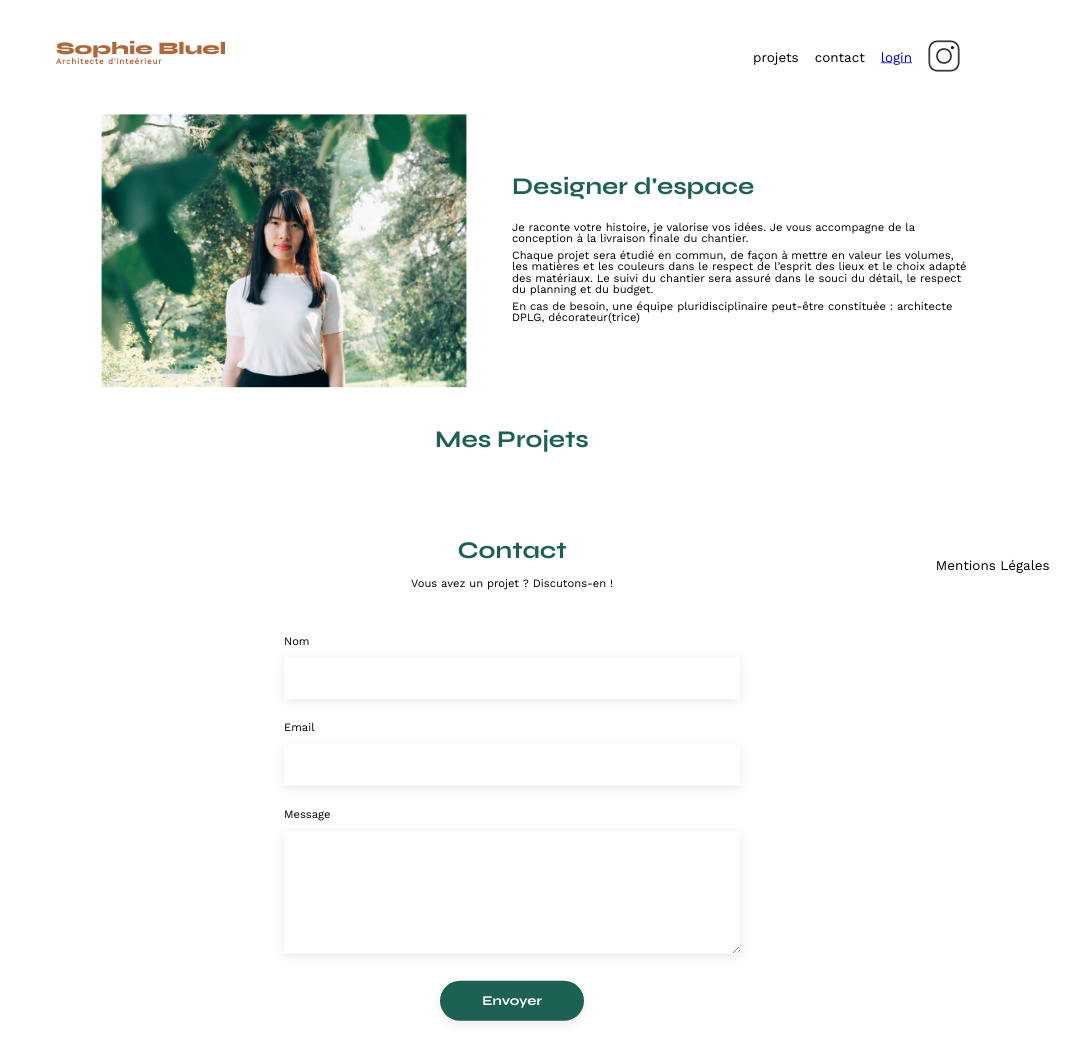
Repository: ByteVoyageur/OC-P6
Page: FrontEnd/index.html
An editor plug-in stored every save of this project. The page is shown before and after the next save, followed by the edit.
The browser window is 1280 px wide. The page is 1350 px wide, then 1280 px, so the pictures cover 1350 px, including what lies to the right of the window. The pictures show the whole page, at 80% of full size.
The page's requests for data from a server got no answer.

Above is the page before, as saved 2023-10-18 15:21:26.
Console error: TypeError: Cannot read properties of null (reading 'addEventListener')

### FrontEnd/index.html
<!DOCTYPE html>
<html lang="fr">

<head>
	<meta charset="UTF-8">
	<title>Sophie Bluel - Architecte d'intérieur</title>
	<meta name="viewport" content="width=device-width, initial-scale=1.0">
	<link rel="preconnect" href="https://fonts.googleapis.com">
	<link rel="preconnect" href="https://fonts.gstatic.com" crossorigin>
	<link href="https://fonts.googleapis.com/css2?family=Syne:wght@700;800&family=Work+Sans&display=swap"
		rel="stylesheet">
	<meta name="description" content="">
	<link rel="stylesheet" href="./assets/style.css">
	<link rel="stylesheet" href="./assets/css/login.css">
	<script src="./assets/js/gallery.js" defer></script>
	<script src="./assets/js/login.js" defer></script>
</head>

<body>
	<header>
		<h1>Sophie Bluel <span>Architecte d'inteérieur</span></h1>
		<nav>
			<ul>
				<li>projets</li>
				<li>contact</li>
				<li><a href="./assets/pages/login.html">login</a></li>

				<li><img src="./assets/icons/instagram.png" alt="Instagram"></li>
			</ul>
		</nav>
	</header>
	<main>
		<section id="introduction">
			<figure>
				<img src="./assets/images/sophie-bluel.png" alt="">
			</figure>
			<article>
				<h2>Designer d'espace</h2>
				<p>Je raconte votre histoire, je valorise vos idées. Je vous accompagne de la conception à la livraison
					finale du chantier.</p>
				<p>Chaque projet sera étudié en commun, de façon à mettre en valeur les volumes, les matières et les
					couleurs dans le respect de l’esprit des lieux et le choix adapté des matériaux. Le suivi du
					chantier sera assuré dans le souci du détail, le respect du planning et du budget.</p>
				<p>En cas de besoin, une équipe pluridisciplinaire peut-être constituée : architecte DPLG,
					décorateur(trice)</p>
			</article>
		</section>
		<section id="portfolio">
			<h2>Mes Projets</h2>
			<div id="category-buttons">
			</div>
			<div class="gallery">
			</div>
		</section>
		<section id="contact">
			<h2>Contact</h2>
			<p>Vous avez un projet ? Discutons-en !</p>
			<form action="#" method="post">
				<label for="name">Nom</label>
				<input type="text" name="name" id="name">
				<label for="email">Email</label>
				<input type="email" name="email" id="email">
				<label for="message">Message</label>
				<textarea name="message" id="message" cols="30" rows="10"></textarea>
				<input type="submit" value="Envoyer">
			</form>
		</section>
	</main>

	<footer>
		<nav>
			<ul>
				<li>Mentions Légales</li>
			</ul>
		</nav>
	</footer>
</body>

</html>

### FrontEnd/assets/style.css
/* http://meyerweb.com/eric/tools/css/reset/
   v2.0 | 20110126
   License: none (public domain)
*/

html,
body,
div,
span,
applet,
object,
iframe,
h1,
h2,
h3,
h4,
h5,
h6,
p,
blockquote,
pre,
a,
abbr,
acronym,
address,
big,
cite,
code,
del,
dfn,
em,
img,
ins,
kbd,
q,
s,
samp,
small,
strike,
strong,
sub,
sup,
tt,
var,
b,
u,
i,
center,
dl,
dt,
dd,
ol,
ul,
li,
fieldset,
form,
label,
legend,
table,
caption,
tbody,
tfoot,
thead,
tr,
th,
td,
article,
aside,
canvas,
details,
embed,
figure,
figcaption,
footer,
header,
hgroup,
menu,
nav,
output,
ruby,
section,
summary,
time,
mark,
audio,
video {
  margin: 0;
  padding: 0;
  border: 0;
  font-size: 100%;
  font: inherit;
  vertical-align: baseline;
}
/* HTML5 display-role reset for older browsers */
article,
aside,
details,
figcaption,
figure,
footer,
header,
hgroup,
menu,
nav,
section {
  display: block;
}
body {
  line-height: 1;
}
ol,
ul {
  list-style: none;
}
blockquote,
q {
  quotes: none;
}
blockquote:before,
blockquote:after,
q:before,
q:after {
  content: '';
  content: none;
}
table {
  border-collapse: collapse;
  border-spacing: 0;
}
/** end reset css**/
body {
  max-width: 1140px;
  margin: auto;
  font-family: 'Work Sans';
  font-size: 14px;
}
header {
  display: flex;
  justify-content: space-between;
  margin: 50px 0;
}
section {
  margin: 50px 0;
}

h1 {
  display: flex;
  flex-direction: column;
  font-family: 'Syne';
  font-size: 22px;
  font-weight: 800;
  color: #b1663c;
}

h1 > span {
  font-family: 'Work Sans';
  font-size: 10px;
  letter-spacing: 0.1em;
}

h2 {
  font-family: 'Syne';
  font-weight: 700;
  font-size: 30px;
  color: #1d6154;
}
nav ul {
  display: flex;
  align-items: center;
  list-style-type: none;
}
nav li {
  padding: 0 10px;
  font-size: 1.2em;
}

li:hover {
  color: #b1663c;
}
#introduction {
  display: flex;
  align-items: center;
}
#introduction figure {
  flex: 1;
}
#introduction img {
  display: block;
  margin: auto;
  width: 80%;
}

#introduction article {
  flex: 1;
}
#introduction h2 {
  margin-bottom: 1em;
}

#introduction p {
  margin-bottom: 0.5em;
}
#portfolio h2 {
  text-align: center;
  margin-bottom: 1em;
}

#category-buttons {
  display: flex;
  justify-content: center;
  margin-bottom: 2em;
  gap: 15px;
}

#category-buttons button {
  padding: 10px 20px;
  border: 1px solid #1d6154;
  border-radius: 20px;
  background-color: transparent;
  cursor: pointer;
  transition: background-color 0.3s ease;
  color: #1d6154;
}

#category-buttons button:hover {
  background-color: #1d6154;
  color: white;
}

#category-buttons button.active {
  background-color: #1d6154;
  color: white;
}

.gallery {
  width: 100%;
  display: grid;
  grid-template-columns: 1fr 1fr 1fr;
  grid-column-gap: 20px;
  grid-row-gap: 20px;
}

.gallery img {
  width: 100%;
}

#contact {
  width: 50%;
  margin: auto;
}

#contact > * {
  text-align: center;
}

#contact h2 {
  margin-bottom: 20px;
}

#contact form {
  text-align: left;
  margin-top: 30px;
  display: flex;
  flex-direction: column;
}

#contact input,
#contact textarea {
  border: none;
  box-shadow: 0px 4px 14px rgba(0, 0, 0, 0.09);
}

#contact input {
  height: 50px;
  font-size: 1.2em;
}

#contact label {
  margin: 2em 0 1em 0;
}

input[type='submit'] {
  font-family: 'Syne';
  font-weight: 700;
  color: white;
  background-color: #1d6154;
  margin: 2em auto;
  width: 180px;
  text-align: center;
  border-radius: 60px;
}

footer nav ul {
  display: flex;
  justify-content: flex-end;
  margin: 2em;
}

### FrontEnd/assets/css/login.css
/* Basic styles for the login section */
#login-section {
  position: relative;
  width: 100%;
  padding: 20px;
}

#login-section .login-content {
  display: flex;
  flex-direction: column;
  align-items: center;
  background-color: #ffffff;
  border-radius: 8px;
}

#login-page-form {
  width: 100%;
  display: flex;
  flex-direction: column;
  align-items: center;
  justify-content: center;
  margin-top: 30px;
}

.login-field-group {
  width: 25%;
  display: flex;
  flex-direction: column;
  margin-bottom: 15px;
  gap: 5px;
}

/* Input fields and button styles */
#login-page-form input {
  padding: 10px;
  border: 1px solid #ccc;
  border-radius: 4px;
}

#login-page-form button {
  padding: 10px 60px;
  background-color: #1d6154;
  color: #ffffff;
  border: none;
  border-radius: 60px;
  cursor: pointer;
  margin-bottom: 30px;
}

.wrapper {
  position: relative;
  min-height: calc(100vh - 50px);
  margin-bottom: -50px;
}

.footer-push {
  height: 50px;
}

footer {
  position: absolute;
  bottom: 0;
  width: 100%;
  height: 50px;
}

### FrontEnd/assets/js/gallery.js
document.addEventListener('DOMContentLoaded', function () {
  fetch('http://localhost:5678/api/categories')
    .then((response) => response.json())
    .then((categories) => {
      categories.unshift({ name: 'Tous' })
      categories.forEach((category) => {
        let button = document.createElement('button')
        button.textContent = category.name
        button.setAttribute('data-category', category.name.toLowerCase())
        categoryButtonsDiv.appendChild(button)
      })
    })
    .catch((error) => {
      console.error('Error fetching categories:', error)
    })

  const apiEndpoint = 'http://localhost:5678/api/works'
  let data

  fetch(apiEndpoint)
    .then((response) => response.json())
    .then((fetchedData) => {
      data = fetchedData
      displayData(data)

      const buttons = document.querySelectorAll('#category-buttons button')

      buttons.forEach((button) => {
        button.addEventListener('click', () => {
          const category = button.getAttribute('data-category')
          displayData(
            category === 'tous'
              ? data
              : data.filter((item) => item.category.name === category)
          )
        })
      })
    })
    .catch((error) => {
      console.error('Error fetching data:', error)
    })

  function displayData(filteredData) {
    const galleryDiv = document.querySelector('.gallery')
    galleryDiv.innerHTML = ''
    filteredData.forEach((item) => {
      let figure = document.createElement('figure')

      let img = document.createElement('img')
      img.src = item.imageUrl
      img.alt = item.title

      let figcaption = document.createElement('figcaption')
      figcaption.textContent = item.title

      figure.appendChild(img)
      figure.appendChild(figcaption)

      galleryDiv.appendChild(figure)
    })
  }
})

### FrontEnd/assets/js/login.js
document.addEventListener('DOMContentLoaded', function () {
  const forgotPasswordLink = document.getElementById('forgot-password-link')
  forgotPasswordLink.addEventListener('click', function () {
    alert(
      "Veuillez contacter l'administrateur pour réinitialiser votre mot de passe."
    )
  })

  const loginForm = document.getElementById('login-page-form')
  loginForm.addEventListener('submit', function (event) {
    event.preventDefault()

    const userEmail = document.getElementById('user-email').value
    const userPassword = document.getElementById('user-password').value

    if (userEmail === '' || userPassword === '') {
      alert('Veuillez remplir tous les champs.')
      return
    }

    alert('Login effectué avec succès!')
  })
})

After the next save:
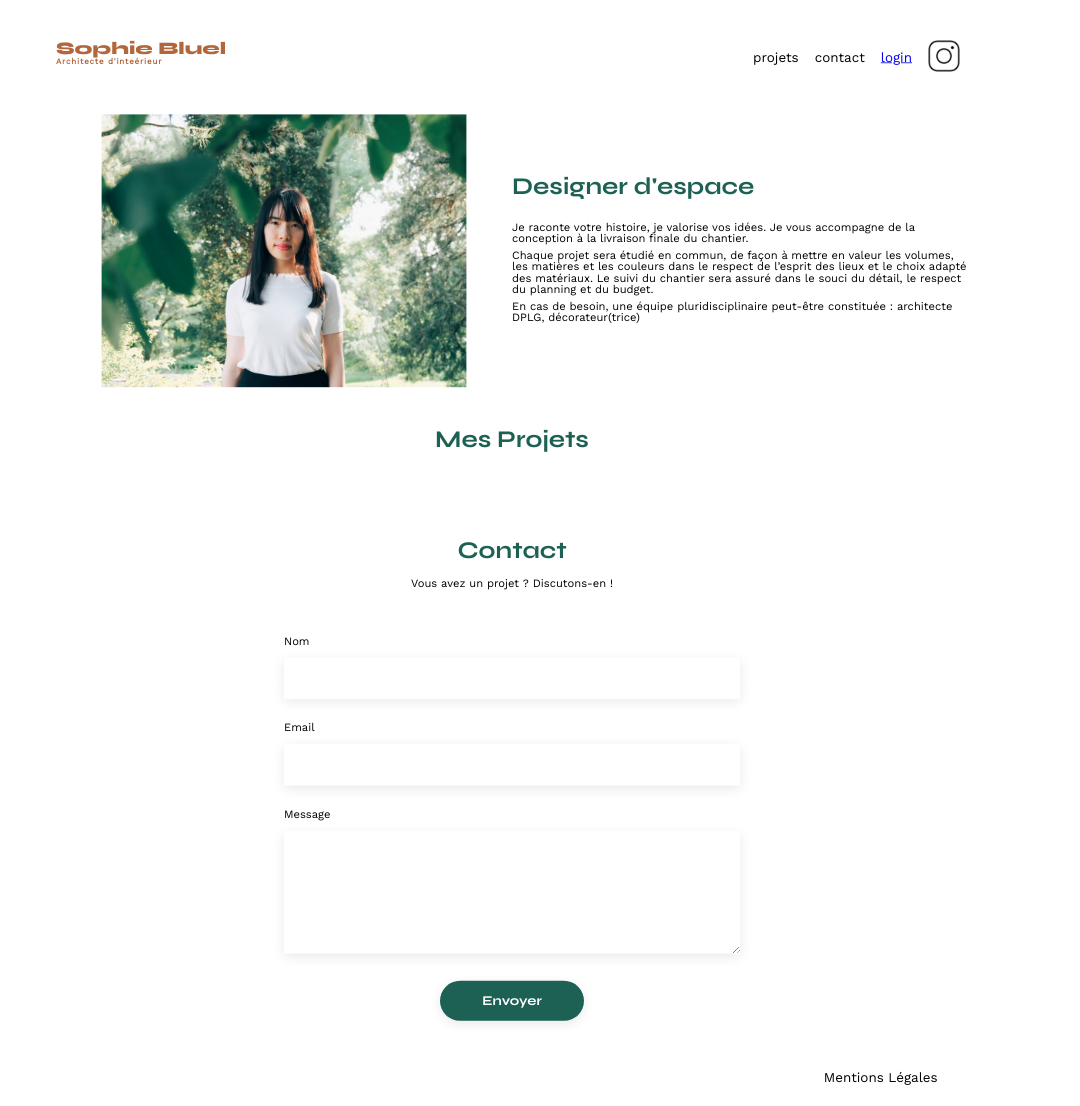
Saved 114 s later.
--- a/FrontEnd/index.html
+++ b/FrontEnd/index.html
@@ -11,7 +11,6 @@
 		rel="stylesheet">
 	<meta name="description" content="">
 	<link rel="stylesheet" href="./assets/style.css">
-	<link rel="stylesheet" href="./assets/css/login.css">
 	<script src="./assets/js/gallery.js" defer></script>
 	<script src="./assets/js/login.js" defer></script>
 </head>
